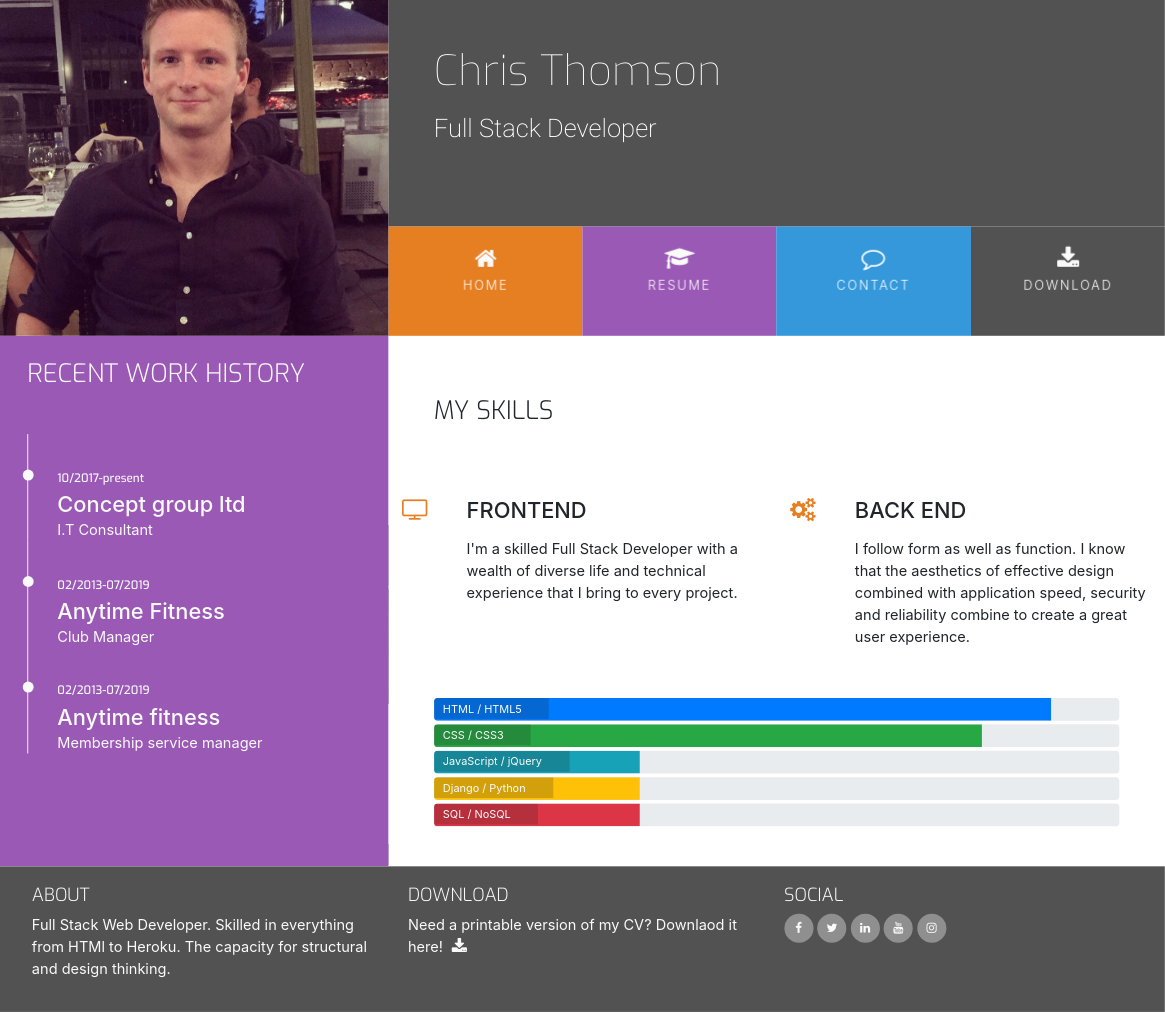
Repository: cthoms1993/Resume
Page: resume.html
The author's editor kept a record of every edit. The page is drawn from the files as they stood at one moment, then again after the next edit.
The browser window is 1280 px wide. The pictures show the whole page, at 91% of full size.

Above is the page before.

### resume.html
<!DOCTYPE html>
<html lang="en-us">

<head>
    <meta charset="UTF-8">
    <meta name="viewport" content="width=device-width, initial-scale=1.0">
    <meta http-equiv="X-UA-Compatible" content="ie=edge">
    <link rel="stylesheet" href="https://stackpath.bootstrapcdn.com/bootstrap/4.3.1/css/bootstrap.min.css" type="text/css" />
    <link rel="stylesheet" href="https://stackpath.bootstrapcdn.com/font-awesome/4.7.0/css/font-awesome.min.css" type="text/css" />
    <link rel="stylesheet" href="https://cdnjs.cloudflare.com/ajax/libs/hover.css/2.3.1/css/hover-min.css" type="text/css" />
    <link rel="stylesheet" href="assets/css/style.css" type="text/css" />
    <title>Chris Thomson Resume</title>

</head>

<body>
    <header>
        <div class="row no-gutters">
            <a href="index.html" class="col-md-4 logo">

            </a>
            <div class="col-md-8">
                <div class="row no-gutters bg-color-name-title">
                    <div class="col heading">
                        <h1 class="name">Chris Thomson</h1>
                        <h2 class="title">Full Stack Developer</h2>
                    </div>
                </div>
                <div class="row no-gutters">
                    <div class="col">
                        <ul class="nav" class="list-inline menucontainer">
                            <li class="col-6 col-sm-3 ui-menu-color-home list-inline-item menuitem">
                                <a href="index.html" class="hvr-sweep-to-bottom"><i class="fa fa-home" aria-hidden="true"></i><span>Home</span></a>
                            </li>
                            <li class="col-6 col-sm-3 ui-menu-color-resume list-inline-item menuitem">
                                <a href="resume.html" class="hvr-sweep-to-bottom"><i class="fa fa-graduation-cap" aria-hidden="true"></i><span>Resume</span></a>
                            </li>
                            <li class="col-6 col-sm-3 ui-menu-color-contact list-inline-item menuitem">
                                <a href="contact.html" class="hvr-sweep-to-bottom"><i class="fa fa-comment-o" aria-hidden="true"></i><span>Contact</span></a>
                                <li class="col-6 col-sm-3 ui-menu-color-download list-inline-item menuitem">
                                    <a href="assets/cv/sample-cv.pdf" target="_blank" class="hvr-sweep-to-bottom"><i class="fa fa-download" aria-hidden="true"></i><span>Download</span></a>
                                </li>
                            </li>
                        </ul>
                    </div>
                </div>
            </div>
        </div>

    </header>
    <section class="container-fluid">
        <div class="row">
            <div class="col-md-4 bg-color-work-history section-column">
                <div class="row">
                    <div class="col-12">
                        <h3 class="history-heading uppercase">Recent Work History</h3>
                    </div>
                </div>
                <div class="history-items">
                    <div class="timeline-item" data-dates="10/2017-present">
                        <h4>Concept group ltd</h4>
                        <p>I.T Consultant</p>
                    </div>
                    <div class="timeline-item" data-dates="02/2013-07/2019">
                        <h4>Anytime Fitness</h4>
                        <p>Club Manager</p>
                    </div>
                    <div class="timeline-item" data-dates="02/2013-07/2019">
                        <h4>Anytime fitness</h4>
                        <p>Membership service manager</p>
                    </div>

                </div>
            </div>
            <div class="col-md-8 bg-color-three-reasons">
                <div class="row progress-section">
                    <div class="col">
                        <h3 class="section-heading uppercase">My skills</h3>
                    </div>
                </div>
                <div class="row">
                    <div class="col-10 offset-1 offset-sm-0 col-sm-4 col-md-6">
                        <div class="row">
                            <div class="col-2">
                                <i class="three-reasons-icon fa fa-tv" arai-hidden="true"></i>
                            </div>
                            <div class="col-10">
                                <h4 class="three-reasons-heading uppercase">Frontend</h4>
                                <p>I'm a skilled Full Stack Developer with a wealth of diverse life and technical experience that I bring to every project.</p>
                            </div>
                        </div>
                    </div>
                    <div class="col-10 offset-1 offset-sm-0 col-sm-4 col-md-6">
                        <div class="row">
                            <div class="col-2">
                                <i class="three-reasons-icon fa fa-gears" arai-hidden="true"></i>
                            </div>
                            <div class="col-10">
                                <h4 class="three-reasons-heading uppercase">Back End</h4>
                                <p>I follow form as well as function. I know that the aesthetics of effective design combined with application speed, security and reliability combine to create a great user experience.
                                </p>
                            </div>
                        </div>
                    </div>
                </div>
                <div class="row progress-section">
                    <div class="col">
                        <div class="progress">
                            <div class="progress-bar" role="progressbar" aria-valuenow="90" aria-valuemin="0" aria-valuemax="100" style="width:90%;">
                                <span class="sr-only">90% complete</span>
                            </div>
                            <span class="progress-type">HTML / HTML5</span>
                        </div>
                        <div class="progress">
                            <div class="progress-bar bg-success" role="progressbar" aria-valuenow="80" aria-valuemin="0" aria-valuemax="100" style="width:80%;">
                                <span class="sr-only">90% complete</span>
                            </div>
                            <span class="progress-type">CSS / CSS3</span>
                        </div>
                        <div class="progress">
                            <div class="progress-bar bg-info" role="progressbar" aria-valuenow="70" aria-valuemin="0" aria-valuemax="100" style="width:30%;">
                                <span class="sr-only">30% complete</span>
                            </div>
                            <span class="progress-type">JavaScript / jQuery</span>
                        </div>
                        <div class="progress">
                            <div class="progress-bar bg-warning" role="progressbar" aria-valuenow="80" aria-valuemin="0" aria-valuemax="100" style="width:30%;">
                                <span class="sr-only">30% complete</span>
                            </div>
                            <span class="progress-type">Django / Python</span>
                        </div>
                        <div class="progress">
                            <div class="progress-bar bg-danger" role="progressbar" aria-valuenow="80" aria-valuemin="0" aria-valuemax="100" style="width:30%;">
                                <span class="sr-only">30% complete</span>
                            </div>
                            <span class="progress-type">SQL / NoSQL</span>
                        </div>
                    </div>
                </div>
            </div>
        </div>
    </section>
    <footer class="container-fluid">
        <div id="footer-details" class="row">
            <div class="col-sm-4">
                <h5 class="uppercase general-sub">About</h5>
                <p class="inline-block">Full Stack Web Developer. Skilled in everything from HTMl to Heroku. The capacity for structural and design thinking.</p>
            </div>
            <div class="col-sm-4">
                <h5 class="uppercase general-sub">Download</h5>
                <p class="inline-block">Need a printable version of my CV? Downlaod it here!
                    <a href="assets/cv/sample-cv.pdf" target="_blank" class="cv-pdf">
                    <i class="fa fa-download" aria-hidden="true"></i>
                    <span class="sr-only">Download link.</span>
                </a>
                </p>
            </div>
            <div class="col-sm-4">
                <h5 class="uppercase general-sub">Social</h5>
                <ul class="list-inline social-links">
                    <li class="list-inline-item">
                        <a target="_blank" href="#">
                            <i class="fa fa-facebook" aria-hidden="true">
                            <span class="sr-only">Facebook</span></i>
                        </a>
                    </li>
                    <li class="list-inline-item">
                        <a target="_blank" href="#">
                            <i class="fa fa-twitter" aria-hidden="true"></i>
                            <span class="sr-only">Twitter</span>
                        </a>
                    </li>
                    <li class="list-inline-item">
                        <a target="_blank" href="#">
                            <i class="fa fa-linkedin" aria-hidden="true"></i>
                            <span class="sr-only">Linkedin</span>
                        </a>
                    </li>
                    <li class="list-inline-item">
                        <a target="_blank" href="#">
                            <i class="fa fa-youtube" aria-hidden="true"></i>
                            <span class="sr-only">Youtube</span>
                        </a>
                    </li>
                    <li class="list-inline-item">
                        <a target="_blank" href="#">
                            <i class="fa fa-instagram" aria-hidden="true"></i>
                            <span class="sr-only">Instagram</span>
                        </a>
                    </li>
                </ul>
            </div>
    </footer>

</body>

</html>

### assets/css/style.css
@import url('https://fonts.googleapis.com/css?family=Roboto:100,200,300,400,500,600,700|Exo:100,200,300,400,500,600,700');

/*--------------------------------------------Colors*/

.bg-color-name-title {
    background-color: #525252;
}

.bg-color-three-reasons {
    background-color: #fff;
}

.bg-color-personal-info {
    background-color: #f4f4f4;
}

.bg-color-work-history {
    background-color: #9b59b6;
}

.bg-color-contact {
    background-color: #fff;
}

.ui-menu-color-home {
    background-color: #e67e22;
}

.ui-menu-color-resume {
    background-color: #9b59b6;
}

.ui-menu-color-contact {
    background-color: #3498db;
}

.ui-menu-color-download {
    background-color: #525252;
}

.row-table {
    display: table;
}

.section-column {
    display: table-cell;
    padding: 0 30px 30px;
    float: none;
}

.section-heading {
    font-family: "Exo", sans-serif;
    font-weight: 300;
    margin-top: 25px;
    margin-bottom: 40px;
}

/* ----------------------------------------Special paddings/margins/text */

h1,
h2,
h3,
h4 {
    margin: 0;
}

.uppercase {
    text-transform: uppercase;
}

.general-sub {
    font-family: "Exo", sans-serif;
    font-weight: 300;
    color: #fafafa;
}

.inline-block {
    display: inline-block;
}

.row-table {
    display: table;
}

.section-column {
    display: table-cell;
    padding: 0 30px 30px;
    float: none;
}

.history-heading,
.section-heading {
    font-family: "Exo", sans-serif;
    font-weight: 300;
    margin-top: 25px;
    margin-bottom: 40px;
}

/*--------------------------------------------Heading*/

header {
    margin: 0;
}

.heading {
    margin-left: 50px;
}

.logo {
    background: url("../images/me.jpg");
    background-position: center;
    background-repeat: no-repeat;
    background-size: cover;
    min-height: 360px;
    transition: all .5s ease-in-out;
    -moz-transition: all .5s ease-in-out;
    -webkit-transition: all .5s ease-in-out;
}

.name {
    font-family: "Exo", sans-serif;
    font-weight: 100;
    font-size: 46px;
    margin-top: 50px;
    color: #fff;
}

.title {
    font-family: "Roboto", sans-serif;
    font-weight: 200;
    font-size: 28px;
    margin-top: 20px;
    margin-bottom: 90px;
    color: #fff;
}

.list-inline-item:not(:last-child) {
    margin: 0;
}

.menucontainer {
    font-size: 0;
}

#nav li {
    font-size: 14px;
    padding: 0;
}

#nav {
    margin: 0;
}

.menuitem {
    height: 120px;
    text-align: center;
    padding: 0;
}

.menuitem a {
    width: 100%;
    text-decoration: none;
    color: #fff;
    height: 120px;
}

.menuitem a i {
    padding-top: 22px;
    display: block;
    color: #fafafa;
    font-size: 26px;
}

.menuitem span {
    display: block;
    width: 100%;
    padding-top: 5px;
    text-align: center;
    text-transform: uppercase;
    font-size: 14px;
    font-weight: 300;
    letter-spacing: 2px;
}

/*--------------------------------------------Hover.css*/

.hvr-sweep-to-bottom:before {
    background: rgba(0, 0, 0, 0.2);
    height: 120px;
}

/* ----------------------------------------Footer */

footer {
    background-color: #525252;
    color: #fafafa;
    min-height: 120px;
    margin: 0;
}

.cv-pdf i {
    font-size: 18px;
    color: #fafafa;
    text-align: center;
    padding-left: 5px;
    transition: all 0.35s ease-in-out;
    -moz-transition: all 0.35s ease-in-out;
    -webkit-transition: all 0.35s ease-in-out;
    -o-transition: all 0.35s ease-in-out;
}

.cv-pdf i:hover {
    color: #e84610;
}

.social-links {
    padding-bottom: 15px;
}

.social-links li a i {
    width: 32px;
    height: 32px;
    padding: 12px 0;
    border-radius: 50%;
    font-size: 13px;
    line-height: 7px;
    text-align: center;
    color: #fafafa;
    background: #8f8f8f;
    transition: all 0.35s ease-in-out;
    -moz-transition: all 0.35s ease-in-out;
    -webkit-transition: all 0.35s ease-in-out;
    -o-transition: all 0.35s ease-in-out;
}

.social-links li a i:hover {
    background: #e84610;
}

#footer-details {
    padding: 20px;
}

/* ----------------------------------------Three Reasons */

.three-reasons-icon {
    font-size: 26px;
    color: #e67e22;
}

.three-reasons-heading {
    margin-bottom: 15px;
}

/* ----------------------------------------Personal Info */

.personal-info-item {
    margin-bottom: 20px;
    display: block;
    clear: both;
}

.personal-info-item .key,
.personal-info-item .value {
    padding-right: 8px;
    display: inline-block;
}

.personal-info-item .key p,
.personal-info-item .value p {
    margin: 0;
}

.personal-info-item .key {
    width: 30%;
    margin-right: 21px;
    padding-top: 2px;
    vertical-align: top;
}

.personal-info-item .key p {
    font-weight: 700;
}

.personal-info-item .value {
    position: relative;
    width: 60%;
}

/* ----------------------------------------Skills */

.progress {
    position: relative;
    height: 25px;
    margin-bottom: 4px;
}

.progress-type {
    position: absolute;
    left: 0px;
    font-weight: 400;
    padding: 3px 30px 2px 10px;
    color: #fafafa;
    background-color: rgba(25, 25, 25, 0.2);
}

.progress-section {
    margin: 40px 20px;
}

/* ----------------------------------------Work History */

.history-heading {
    color: #fafafa;
    margin-bottom: 50px;
}

.timeline-item {
    padding: 4em 2em 0em 2em;
    position: relative;
    color: #fafafa;
    border-left: 1px solid;
}

.timeline-item p {
    padding: 0;
    margin: 0;
}

.timeline-item:before {
    content: attr(data-dates);
    position: absolute;
    left: 2.5em;
    top: 3em;
    display: block;
    font-family: "Exo", sans-serif;
    font-weight: 500;
    font-size: 0.8em;
    padding: 0;
    margin: 0;
}

.timeline-item:after {
    width: 12px;
    height: 12px;
    display: block;
    top: 2.4em;
    position: absolute;
    left: -6px;
    border-radius: 12px;
    content: '';
    background: #fafafa;
}

.history-items {
    margin-bottom: 30px;
}

/* ----------------------------------------contact form*/

.contact-heading {
    font-family: "exo", sans-serif;
    font-weight: 300px;
    margin-top: 25px;
    margin-bottom: 20px;
}

.center-form {
    padding: 10px;
    margin: 0 auto;
    max-width: 70%;
}

button[type="submit"] {
    margin-top: 15px;
    marging-bottom: 20px;
    color: #fafafa;
    background-color: #e64610;
}

/* ----------------------------------------media Queries*/

@media(min-width:992px){

    .center-form {
    padding: 30px;
    min-height:240px;
    margin: 0 auto;
    max-width: 50%;
}

}

After the next edit:
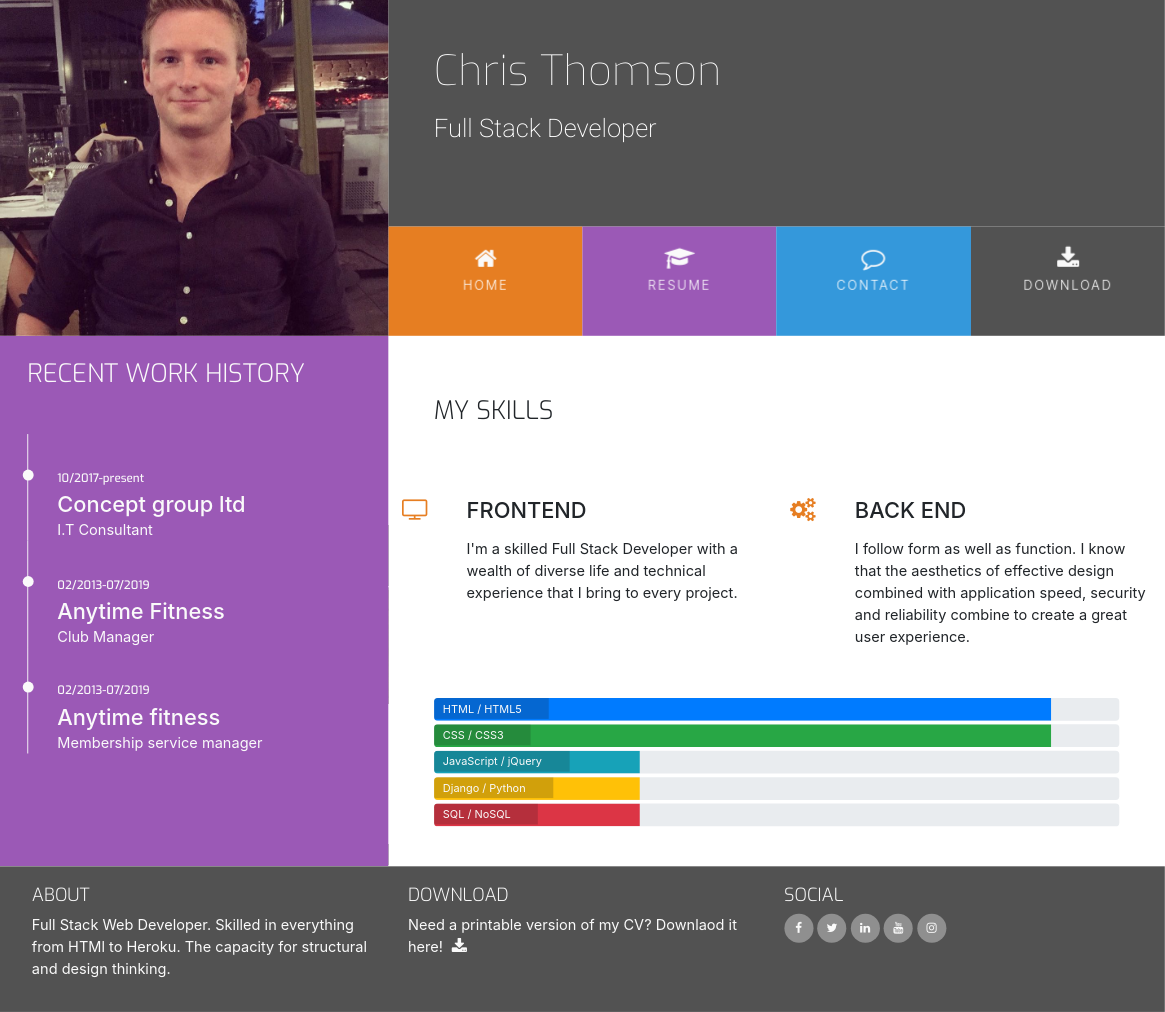
The edit:
--- a/resume.html
+++ b/resume.html
@@ -112,7 +112,7 @@
                             <span class="progress-type">HTML / HTML5</span>
                         </div>
                         <div class="progress">
-                            <div class="progress-bar bg-success" role="progressbar" aria-valuenow="80" aria-valuemin="0" aria-valuemax="100" style="width:80%;">
+                            <div class="progress-bar bg-success" role="progressbar" aria-valuenow="80" aria-valuemin="0" aria-valuemax="100" style="width:90%;">
                                 <span class="sr-only">90% complete</span>
                             </div>
                             <span class="progress-type">CSS / CSS3</span>
